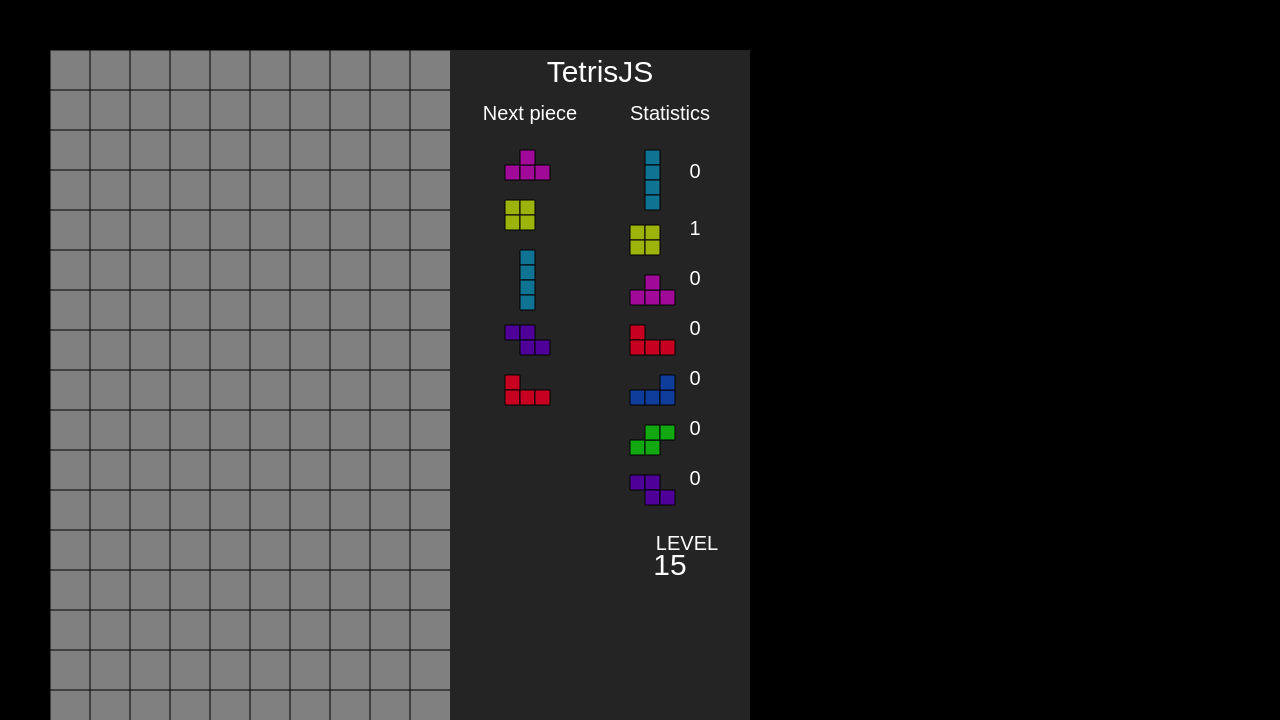
Repository: hosua/TetrisJS
Page: index.html
An editor plug-in stored every save of this project. The page is shown before and after the next save, followed by the edit.
The browser window is 1280 px wide. The pictures show the whole page.

Above is the page before, as saved 2023-11-07 20:07:33.

### index.html
<html lang="en">
	<link rel="stylesheet" href="style.css">
	<head>
		<meta charset="UTF-8" />
		<meta name="viewport" content="width=device-width, initial-scale=1.0" />
		<title>TetrisJS</title>
	</head>
	<body>
		<canvas id="background-canvas" width="700" height="800"></canvas>
		<canvas id="tetris-canvas" width="400" height="800"></canvas>

		<script type="module" src="./src/main.js"></script>
	</body>
</html>

### src/main.js
import { GFX, Tetris, Tetronimo, P_TYPE, KEY } from "./Tetris.js"

const FALL_TICK = 200; // If we ever implement levels, this determines the difficulty
const DELAY_TICK = 200; // additional wait time after a piece lands
const CLEAR_DELAY = 200; // additional wait time before a line is cleared

let gfx = new GFX();
let tetris = new Tetris(15);

function handle_input(e) {
	let keycode = e.keyCode;
	console.log(`Pressing ${keycode}`);
	switch (keycode) {
		case KEY.LEFT:
		case KEY.RIGHT:
		case KEY.DOWN:
			tetronimo.move(keycode, tetris);
			break;
		case KEY.X:
		case KEY.Z:
			tetronimo.rotate(keycode, tetris);
			break;
		case KEY.SPACE:
			tetronimo.hard_drop(tetris);
			break;
	}
	gfx.draw_all_game_elements(tetris.grid, tetronimo);
}

document.addEventListener('keydown', (e) => { return handle_input(e); });

let tetronimo = tetris.queue.shift();
tetris.piece_counter[tetronimo.type]++;

while (true) {
	while (!tetris.check_gameover()) {
		gfx.draw_ui_all(tetris);
		while (tetronimo.fall(tetris.grid)) {
			gfx.draw_all_game_elements(tetris.grid, tetronimo);
			await new Promise(resolve => setTimeout(resolve, tetris.fall_tick));
			console.log(`fall tick: ${tetris.fall_tick}`);
		}
		tetronimo = tetris.queue.shift();
		tetris.queue.push(tetris.spawn_rand_piece());
		tetris.piece_counter[tetronimo.type]++;

		let lines_cleared_this_turn = tetris.clear_lines();
		if (lines_cleared_this_turn > 0) {
			await new Promise(resolve => setTimeout(resolve, CLEAR_DELAY));
			gfx.draw_all_game_elements(tetris.grid, tetronimo);
			tetris.score_keeper(lines_cleared);
		}
		await new Promise(resolve => setTimeout(resolve, DELAY_TICK));
	}
	gfx = new GFX();
	tetris = new Tetris();
}

### src/Tetris.js
const bg_canvas = document.getElementById("background-canvas");
const tetris_canvas = document.getElementById("tetris-canvas");

const BG_COLOR = "#242424";
const FIELD_COLOR = "grey";
const PLAYFIELD_YMAX = 25;
const PLAYFIELD_XMAX = 10;
const Y_OFF = 5;

export const KEY = {
	SPACE: 32, 								// hard drop
	LEFT: 37, UP: 38, RIGHT: 39, DOWN: 40,  // move piece
	C: 67, 									// hold piece
	P: 80, 									// pause
	X: 88, 									// rotate right
	Z: 90, 									// rotate left
};

export const P_TYPE = {
	NONE: 0,
	I: 1, O: 2, T: 3, S: 4,
	Z: 5, J: 6, L: 7,
}

const P_COLORS = {
	[P_TYPE.I]: "#0f7394", [P_TYPE.O]: "#9cb30b", [P_TYPE.T]: "#a10a99",
	[P_TYPE.S]: "#11a811", [P_TYPE.Z]: "#4f0099", [P_TYPE.J]: "#c70021",
	[P_TYPE.L]: "#0e3d9c",
}

export class Tetronimo {
	constructor(piece_type) {
		this.type = piece_type;
		this.origin = [0, 0];
		this.blocks = Array(4).fill([0, 0]); // block positions relative to origin
		this.spawn_piece();
	}

	print() {
		console.log(this.origin);
		console.log(this.blocks);
	}

	// Since collision detection can usually be solved by checking mins and maxes, some helper methods
	// for getting them are implemented
	min_x() {
		let res = Number.MAX_SAFE_INTEGER;
		for (let block of this.blocks)
			res = Math.min(res, block[0] + this.origin[0]);
		return res;
	}

	max_x() {
		let res = Number.MIN_SAFE_INTEGER;
		for (let block of this.blocks)
			res = Math.max(res, block[0] + this.origin[0]);
		return res;
	}

	min_y() {
		let res = Number.MAX_SAFE_INTEGER;
		for (let block of this.blocks)
			res = Math.min(res, block[1] + this.origin[1]);
		return res;
	}

	max_y() {
		let res = Number.MIN_SAFE_INTEGER;
		for (let block of this.blocks)
			res = Math.max(res, block[1] + this.origin[1]);
		return res;
	}

	// check if valid move by making a copy of the tetronimo's new position and checking if there is
	// any overlap with the grid.
	// Returns true if the new move is valid
	check_move(grid, dx, dy) {
		for (let block of this.blocks) {
			let nx = this.origin[0] + dx + block[0];
			let ny = this.origin[1] + dy + block[1];
			if (grid[ny][nx] !== P_TYPE.NONE)
				return false;
		}
		return true;
	}

	spawn_piece() {
		this.origin = [5, 4];
		switch (this.type) {
			case P_TYPE.I:
				this.blocks = [[0, -1], [0, 0], [0, 1], [0, 2]];
				break;
			case P_TYPE.O:
				this.blocks = [[-1, -1], [-1, 0], [0, -1], [0, 0]];
				break;
			case P_TYPE.T:
				this.blocks = [[-1, 0], [0, 0], [1, 0], [0, -1]];
				break;
			case P_TYPE.S:
				this.blocks = [[-1, 0], [0, 0], [0, -1], [1, -1]];
				break;
			case P_TYPE.Z:
				this.blocks = [[-1, -1], [0, -1], [0, 0], [1, 0]];
				break;
			case P_TYPE.J:
				this.blocks = [[-1, -1], [-1, 0], [0, 0], [1, 0]];
				break;
			case P_TYPE.L:
				this.blocks = [[-1, 0], [0, 0], [1, 0], [1, -1]];
				break;
		}
	}

	// This will check the grid to see if the piece can fall down. If it can, it will move piece down once.
	// returns true if still falling
	fall(grid) {
		let can_fall = true;
		for (let block of this.blocks) {
			let x = this.origin[0] + block[0];
			let y = this.origin[1] + block[1];
			// console.log(x, y);
			// check if min y pos is at bottom
			if (y === PLAYFIELD_YMAX - 1) { // at bottom
				can_fall = false;
			} else if (grid[y + 1][x] !== P_TYPE.NONE) { // if below piece is non-empty
				can_fall = false;
			}
			if (!can_fall)
				break;
		}


		if (can_fall) {
			// move down
			this.origin[1] += 1;
		} else {
			// set to grid
			for (let block of this.blocks) {
				let x = this.origin[0] + block[0];
				let y = this.origin[1] + block[1];
				grid[y][x] = this.type;
			}
		}

		return can_fall;
	}

	move(keycode, tetris) {

		switch (keycode) {
			case KEY.LEFT:
				if (this.min_x() > 0 && this.check_move(tetris.grid, -1, 0))
					this.origin[0]--;
				break;
			case KEY.DOWN:
				if (this.max_y() < PLAYFIELD_YMAX - 1 && this.check_move(tetris.grid, 0, +1)) {
					this.origin[1]++;
					tetris.score += 1; // This will add 1 extra point for every block hard/soft dropped.
				}
				break;
			case KEY.RIGHT:
				if (this.max_x() < PLAYFIELD_XMAX - 1 && this.check_move(tetris.grid, +1, 0))
					this.origin[0]++;
				break;
			case KEY.UP: // This should be removed when were no longer testing
				if (this.max_y() > 0 && this.check_move(tetris.grid, 0, -1))
					this.origin[1]--;
				break;
			default:
				console.log("Error: Move has wrong key: ", keycode);
				break;
		}
	}

	rotate(keycode, tetris) {
		// We cannot rotate O
		if (this.type === P_TYPE.O)
			return;

		// Returns the rotated version of the blocks.
		const get_rotated = (keycode) => {
			// This is a separate function because we want a copy of the rotated
			// piece before actually rotating it to check if the rotation overlaps
			// with another piece, or falls outside the boundaries of the tetris.grid.
			let rotated = this.blocks.map((coord) => { return coord.slice() }); // create hard copy
			if (keycode === KEY.Z) {
				for (let coord of rotated) {
					let x = coord[0];
					let y = coord[1];
					coord[0] = y;
					coord[1] = -x;
				}
			} else if (keycode === KEY.X) {
				for (let coord of rotated) {
					let x = coord[0];
					let y = coord[1];
					coord[0] = -y;
					coord[1] = x;
				}
			}
			return rotated;
		}

		let can_rotate = true;
		let rotated = get_rotated(keycode);
		for (let rot of rotated) {
			let rx = this.origin[0] + rot[0];
			let ry = this.origin[1] + rot[1];
			// first, check if rotated position is within the boundaries of the grid
			if (rx < 0 || rx >= PLAYFIELD_XMAX || ry < 0 || ry >= PLAYFIELD_YMAX) {
				can_rotate = false;
				break;
			}
			// second, check if the rotated position overlaps with any
			// other pieces already on the grid
			if (tetris.grid[ry][rx] !== P_TYPE.NONE) {
				can_rotate = false;
				break;
			}
		}
		if (can_rotate)
			this.blocks = rotated;
	}

	hard_drop(tetris) {
		while (this.fall(tetris.grid)) {
			this.move(KEY.DOWN, tetris);
		}
	}
}

// Actual Tetris Logic
export class Tetris {
	constructor(start_level = 0) {
		this.grid = Array(PLAYFIELD_YMAX).fill().map(
			() => Array(PLAYFIELD_XMAX).fill(P_TYPE.NONE)
		);
		this.piece_counter = { [P_TYPE.I]: 0, [P_TYPE.O]: 0, [P_TYPE.T]: 0, [P_TYPE.J]: 0, [P_TYPE.L]: 0, [P_TYPE.S]: 0, [P_TYPE.Z]: 0 }

		this.score = 0;
		this.level = start_level;
		this.lines_cleared = 0;
		this.tetris_count = 0;
		this.fall_tick = 0; // ms per grid
		this.update_fall_speed();

		this.queue = [];
		this.populate_queue()
	}

	print_grid() { console.log(this.grid); }

	populate_queue(n = 10) {
		this.queue = [];
		for (let i = 0; i < n; i++)
			this.queue.push(this.spawn_rand_piece())
	}

	// If any pieces land above where the game renders, it's game over
	check_gameover() {
		for (let y = 3; y < 5; y++) {
			for (let x = 0; x < PLAYFIELD_XMAX; x++) {
				if (this.grid[y][x] !== P_TYPE.NONE) {
					console.log("Game over!");
					return true;
				}
			}
		}
		return false;
	}

	spawn_rand_piece() {
		let rand_type = Math.round(Math.random() * (P_TYPE.L - 1) + 1);
		return new Tetronimo(rand_type);
	}

	// checks and clears all full lines, returns how many lines were cleared
	clear_lines() {
		console.log("Checking for full lines");
		let lines_cleared = 0;
		// Do a downward scan to see if line is full
		for (let y = 5; y < PLAYFIELD_YMAX; y++) {
			console.log(`y: ${y}`);
			let is_full = true;

			// scan the line
			for (let x = 0; x < PLAYFIELD_XMAX; x++) {
				if (this.grid[y][x] === P_TYPE.NONE) {
					is_full = false;
					break;
				}
			}

			if (is_full) {
				console.log(`Detected full line at ${y}`);
				// clear the current line
				for (let x = 0; x < PLAYFIELD_XMAX; x++) {
					this.grid[y][x] = P_TYPE.NONE;
				}
				// shift all lines above from current y coordinate down 1
				for (let yy = y; yy >= 5; yy--) {
					this.grid[yy] = this.grid[yy - 1]
				}
				lines_cleared++; // will be used for scoring when it's implemented
			}
		}
		return lines_cleared;
	}

	score_keeper(lines_cleared) {
		// n = level
		// 1 line 		2 line 			3 line 			4 line
		// 40 * (n + 1)	100 * (n + 1)	300 * (n + 1)	1200 * (n + 1)
		switch (lines_cleared) {
			case 1:
				this.score += 40 * (this.level + 1);
				break;
			case 2:
				this.score += 100 * (this.level + 1);
				break;
			case 3:
				this.score += 300 * (this.level + 1);
				break;
			case 4:
				this.score += 1200 * (this.level + 1);
				break;
		}
	}

	// When level up happens, speed up the fall speed.
	update_fall_speed() {
		if (this.level < 9)
			this.fall_tick = (48 - (5 * (this.level + 1))) * 61;
		else if (this.level == 9)
			this.fall_tick = 6 * 61;
		else if (this.level < 13)
			this.fall_tick = 5 * 61;
		else if (this.level < 16)
			this.fall_tick = 4 * 61;
		else if (this.level < 16)
			this.fall_tick = 3 * 61;
		else if (this.level < 19)
			this.fall_tick = 2 * 61;
		else
			this.fall_tick = 1 * 61;
	}
}

// Tetronimo objects for drawing UI
const TET_UI = [
	new Tetronimo(P_TYPE.I),
	new Tetronimo(P_TYPE.O),
	new Tetronimo(P_TYPE.T),
	new Tetronimo(P_TYPE.J),
	new Tetronimo(P_TYPE.L),
	new Tetronimo(P_TYPE.S),
	new Tetronimo(P_TYPE.Z),
]

export class GFX {
	constructor() {
		bg_canvas.style.position = "absolute";
		tetris_canvas.style.position = "absolute";
		bg_canvas.style.top = "50";
		bg_canvas.style.left = "50";
		tetris_canvas.style.top = "50";
		tetris_canvas.style.left = "50";
		this.ui_offset = tetris_canvas.width;
		this.ui_width = bg_canvas.width - tetris_canvas.width;
	}


	draw_playfield() {
		const ctx = tetris_canvas.getContext("2d");
		ctx.fillStyle = FIELD_COLOR;
		ctx.fillRect(0, 0, tetris_canvas.width, tetris_canvas.height);
	}

	draw_gridlines() {
		const ctx = tetris_canvas.getContext("2d");
		const horiz_inc = tetris_canvas.height / 20;
		const vert_inc = tetris_canvas.width / 10;

		// Draw horizontal lines
		for (let y = 0; y < tetris_canvas.height; y += horiz_inc) {
			ctx.beginPath();
			ctx.moveTo(0, y);
			ctx.lineTo(tetris_canvas.width, y);
			ctx.stroke();
		}
		// Draw vertical lines
		for (let x = 0; x < tetris_canvas.width; x += vert_inc) {
			ctx.beginPath();
			ctx.moveTo(x, 0);
			ctx.lineTo(x, tetris_canvas.height);
			ctx.stroke();
		}
	}

	// Draw the actual pieces and shit on the 2d grid (except the piece currently in motion)
	draw_grid_elements(grid) {
		const ctx = tetris_canvas.getContext("2d");
		const horiz_inc = tetris_canvas.height / 20;
		const vert_inc = tetris_canvas.width / 10;

		for (let y = PLAYFIELD_YMAX - 1; y >= PLAYFIELD_YMAX - 20; y--) {
			for (let x = 0; x < PLAYFIELD_XMAX; x++) {
				// dx, dy are drawing coords
				let dx = x * horiz_inc;
				let dy = (y - Y_OFF) * vert_inc;
				if (grid[y][x] != P_TYPE.NONE) {
					ctx.fillStyle = P_COLORS[grid[y][x]];
					ctx.beginPath();
					ctx.rect(dx, dy, horiz_inc, vert_inc);
					ctx.fill();
					ctx.stroke();
				}
			}
		}
	}

	// this will draw the tetronimo in motion
	// We are avoiding putting the tetronimo on the actual grid until it lands, this way we don't
	// have to handle creating and destroying the blocks every time it shifts down once.
	draw_falling_tetronimo(tetronimo) {
		const ctx = tetris_canvas.getContext("2d");
		const horiz_inc = tetris_canvas.height / 20;
		const vert_inc = tetris_canvas.width / 10;

		let origin = tetronimo.origin;
		let blocks = tetronimo.blocks;
		let p_type = tetronimo.type;

		ctx.fillStyle = P_COLORS[p_type];
		for (let block of blocks) {
			let dx = (origin[0] + block[0]) * horiz_inc;
			let dy = (origin[1] + block[1] - Y_OFF) * vert_inc;
			ctx.beginPath();
			ctx.rect(dx, dy, horiz_inc, vert_inc);
			ctx.fill();
			ctx.stroke();
		}
	}

	draw_all_game_elements(grid, tetronimo) {
		// this.draw_background();
		this.draw_playfield();
		this.draw_grid_elements(grid);
		this.draw_gridlines();
		this.draw_falling_tetronimo(tetronimo);
	}

	/* UI drawing methods below */

	draw_ui_all(tetris) {
		this.draw_ui_background();
		this.draw_ui_text("TetrisJS", 30, this.ui_offset + (this.ui_width / 2), 32);
		this.draw_ui_stats(tetris.piece_counter);
		this.draw_ui_queue(tetris);
		this.draw_ui_text("Made by Hoswoo", 20, this.ui_offset + (this.ui_width / 2), bg_canvas.height - 25);
		this.draw_ui_score(tetris);
		this.draw_ui_level(tetris)
	}

	draw_ui_background() {
		const ctx = bg_canvas.getContext("2d");
		ctx.fillStyle = BG_COLOR;
		ctx.fillRect(0, 0, bg_canvas.width, bg_canvas.height);
	}

	draw_ui_mini_piece(tetronimo, x, y) {
		const ctx = bg_canvas.getContext("2d");
		const dim = 15;
		const x_off = -100;
		const y_off = -625;

		let origin = tetronimo.origin;
		let blocks = tetronimo.blocks;
		let p_type = tetronimo.type;

		ctx.fillStyle = P_COLORS[p_type];

		for (let block of blocks) {
			let dx = x + x_off + (origin[0] + block[0]) * dim;
			let dy = y + y_off + (origin[1] + block[1]) * dim;
			ctx.beginPath();
			ctx.rect(dx, dy, dim, dim);
			ctx.fill();
			ctx.stroke();
		}
	}

	draw_ui_text(text, size, x, y) {
		const ctx = bg_canvas.getContext("2d");
		ctx.font = size.toString() + "px Arial";
		ctx.textAlign = "center";
		ctx.fillStyle = "white";
		ctx.fillText(text, x, y);
	}

	draw_ui_queue(tetris, count = 5) { // Draw 'count' next pieces
		let x = this.ui_offset + 80;
		let y = this.ui_offset + 280;
		let y_inc = 50;

		this.draw_ui_text("Next piece", 20, x, 70);
		for (let i = 0; i < count; i++) {
			let piece = tetris.queue[i];
			this.draw_ui_mini_piece(piece, x + 15, y);
			if (piece.type == P_TYPE.I)
				y += 25;
			y += y_inc;
		}
	}

	draw_ui_stats(piece_counter) {
		let x = this.ui_offset + 220;
		let x_gap = 25;
		let y = this.ui_offset + 355;
		let y_inc = 50;
		let i_piece = TET_UI[0];

		this.draw_ui_text("Statistics", 20, x, 70);
		this.draw_ui_mini_piece(i_piece, x, this.ui_offset + 280);
		this.draw_ui_text(piece_counter[P_TYPE.I].toString(), 20, x + x_gap, 128);

		let dy = 185;
		let dy_inc = 50;
		for (let i = 1; i < TET_UI.length; i++) {
			let piece = TET_UI[i];
			this.draw_ui_mini_piece(piece, x, y);
			this.draw_ui_text(piece_counter[piece.type], 20, x + x_gap, dy);
			y += y_inc;
			dy += dy_inc;
		}
	}

	draw_ui_score(tetris) {
		let x = this.ui_offset + 100;
		let y = 725;
		let y_inc = 25;
		this.draw_ui_text(`SCORE`, 20, x - 48, y);
		this.draw_ui_text(`${tetris.score.toString().padStart(10, '0')}`, 30, x, y + y_inc);
	}

	draw_ui_level(tetris) {
		let x = this.ui_offset + 285;
		let y = 500;
		let y_inc = 25;
		this.draw_ui_text(`LEVEL`, 20, x - 48, y);
		this.draw_ui_text(`${tetris.level.toString().padStart(2, '0')}`, 30, x - 65, y + y_inc);
	}

	draw_lines_cleared(tetris) { // also displays tetris count
		let x = this.ui_offset + 150;
		let y = 550;
		let y_inc = 50;
		this.draw_ui_text(`Level: ${tetris.lines_cleared.toString().padStart(4, '0')} `, 30, x, y);
		this.draw_ui_text(`Tetris: `)
	}
}

Loaded but not shown: style.css (common file)

After the next save:
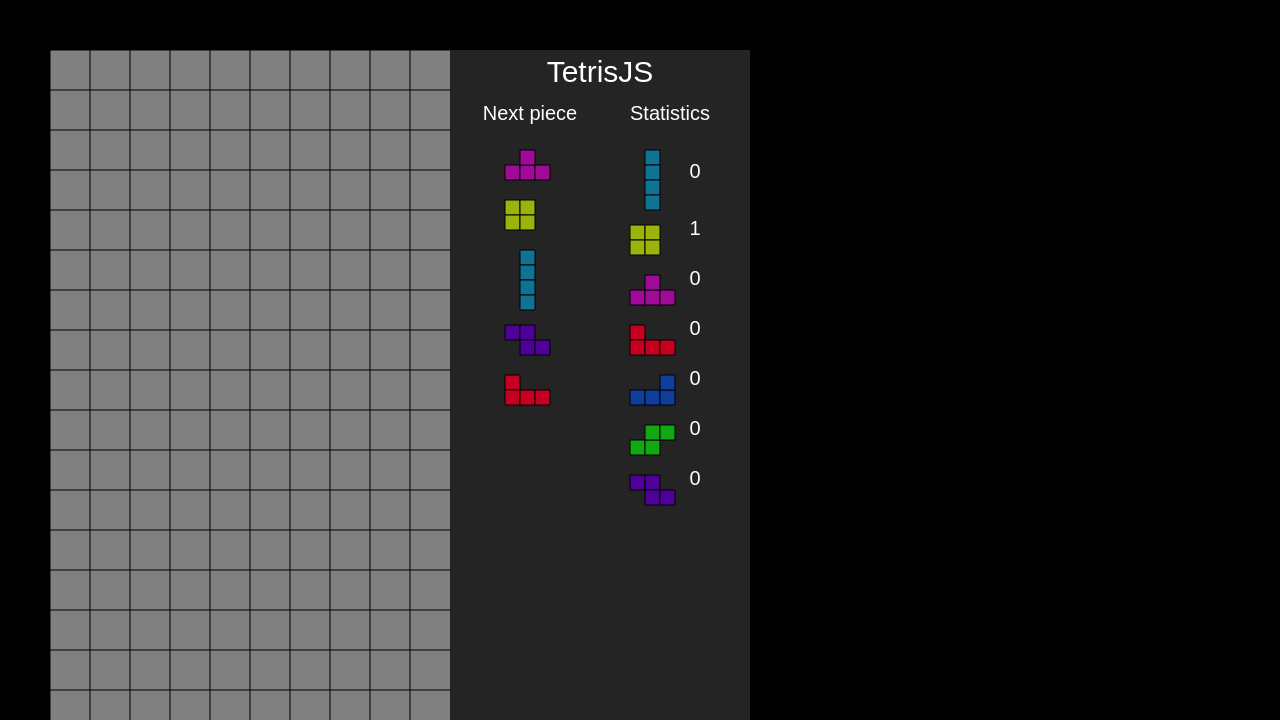
Saved 8 s later.
--- a/src/Tetris.js
+++ b/src/Tetris.js
@@ -545,7 +545,7 @@
 
 	draw_ui_level(tetris) {
 		let x = this.ui_offset + 285;
-		let y = 500;
+		let y = 700;
 		let y_inc = 25;
 		this.draw_ui_text(`LEVEL`, 20, x - 48, y);
 		this.draw_ui_text(`${tetris.level.toString().padStart(2, '0')}`, 30, x - 65, y + y_inc);
